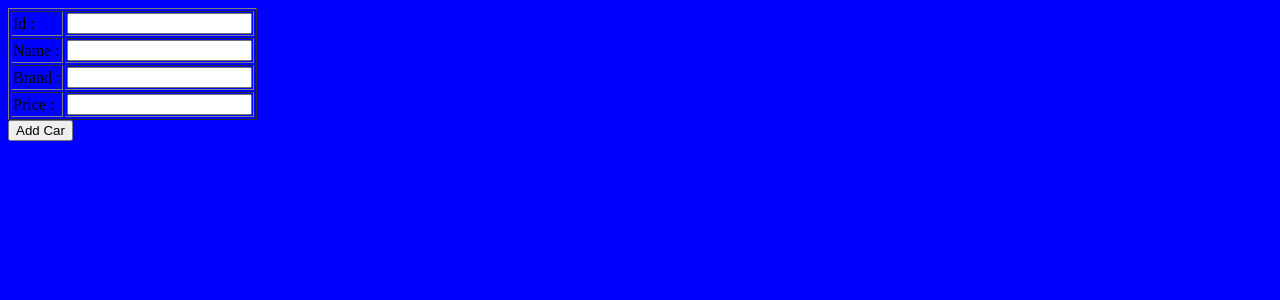
Repository: ragisd/J2EE
Page: http://localhost/cardekhowithservlets/add_car.jsp
The author's editor kept a copy of each file at every save. The page is drawn from the files as they stood at one save, then again after the next save.
The browser window is 1280 px wide. The pictures show the whole page.
The page is served by Tomcat 9. Other server files are loaded and not shown.

Above is the page before, as saved 2024-03-09 07:09:54.

### cardekhowithservlets/src/main/webapp/add_car.jsp
<%@ page language="java" contentType="text/html; charset=ISO-8859-1"
    pageEncoding="ISO-8859-1"%>
<!DOCTYPE html>
<html>
<head>
<meta charset="ISO-8859-1">
<title>Insert title here</title>

	<style type="text/css">
		body{
			background-color: blue;
		}
	</style>
</head>
<body>
	<form action="addCar" method="post">
		<table border="solid">
			<tr>
				<td>Id : </td>
				<td><input type="text" name="id"></td>
			</tr>
			<tr>
				<td>Name : </td>
				<td><input type="text" name="name"></td>
			</tr>
			<tr>
				<td>Brand :</td>
				<td><input type="text" name="brand"></td>
			</tr>
			<tr>
				<td>Price : </td>
				<td><input type=text name="price"></td>
			</tr>
		</table>
		<input type="submit" value="Add Car">
	</form>

	<%! String message; %>
	<% message = request.getParameter("message"); %>



</body>
</html>

After the next save:
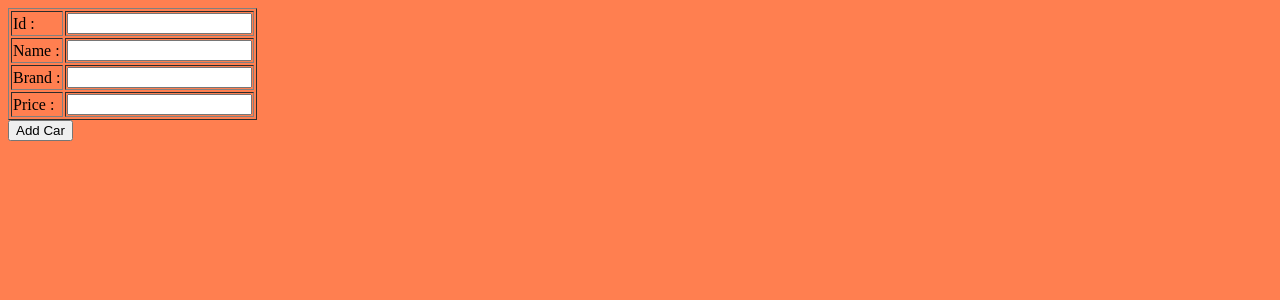
Saved 69 s later.
--- a/cardekhowithservlets/src/main/webapp/add_car.jsp
+++ b/cardekhowithservlets/src/main/webapp/add_car.jsp
@@ -8,7 +8,7 @@
 
 	<style type="text/css">
 		body{
-			background-color: blue;
+			background-color: coral;
 		}
 	</style>
 </head>
